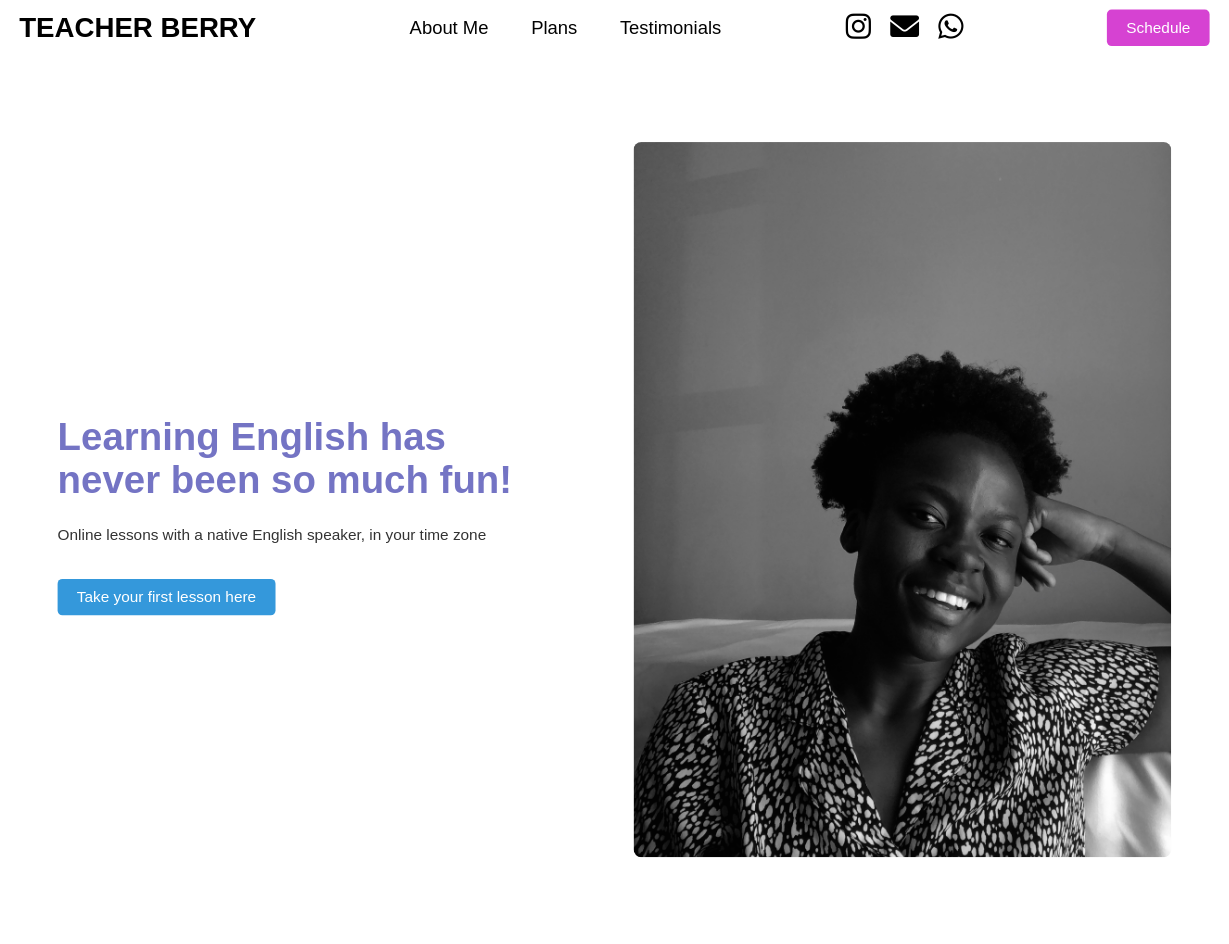
Repository: ntandomagana/esl-landing-page
Page: index.html
The author's editor kept a copy of each file at every save. The page is drawn from the files as they stood at one save, then again after a run of saves.
The browser window is 1280 px wide. The pictures show the whole page, at 96% of full size.

Above is the page before, as saved 2024-07-16 23:46:23.

After the next 5 saves:
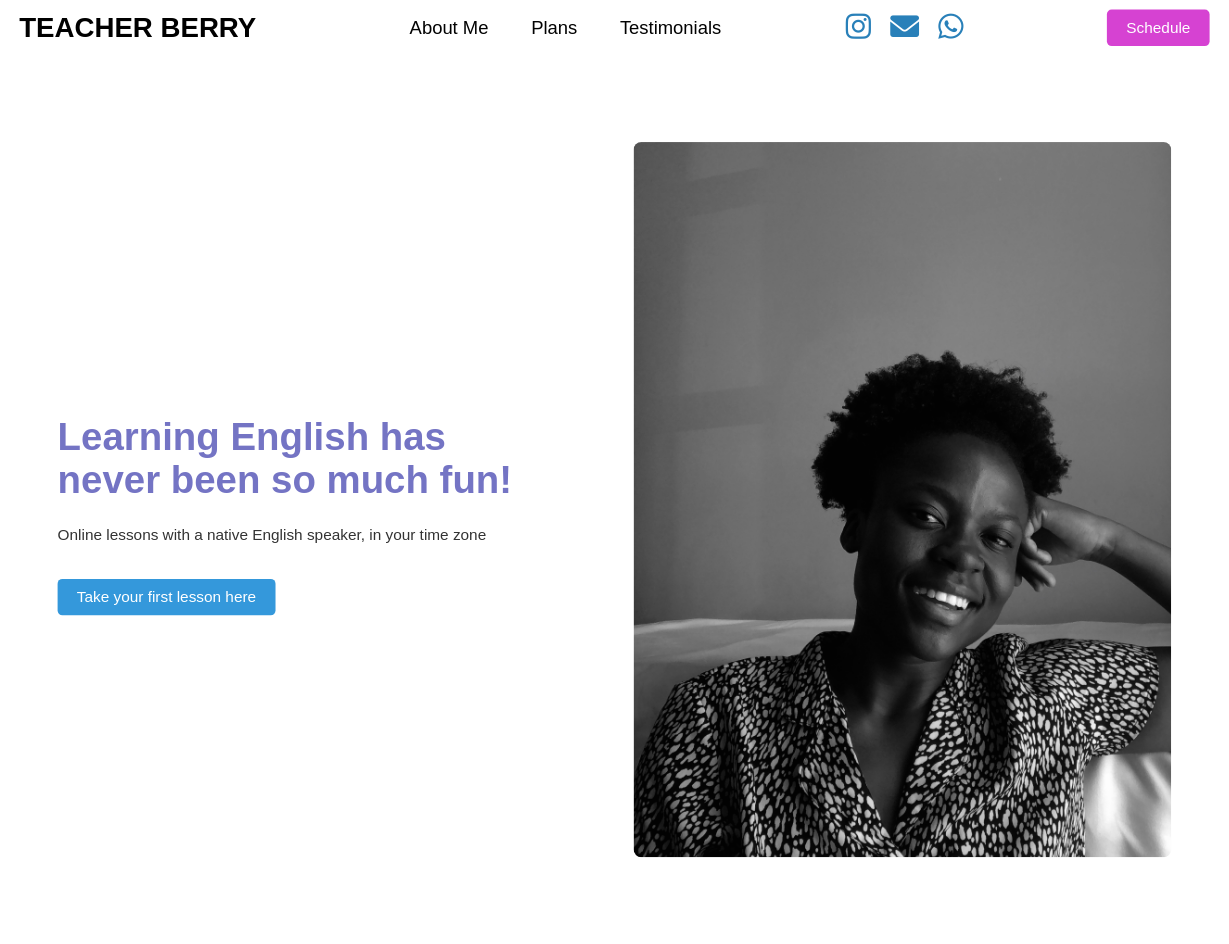
The 5 saves are shown as one change because they came seconds apart.
The last was saved 91 s later.
--- a/index.css
+++ b/index.css
@@ -58,6 +58,10 @@ nav ul li a {
     display: inline-block;
     color: black;
     font-size: 30px;
+}
+
+.social-link i {
+    color:#2980b9;
 }
 
 .schedule-button {
